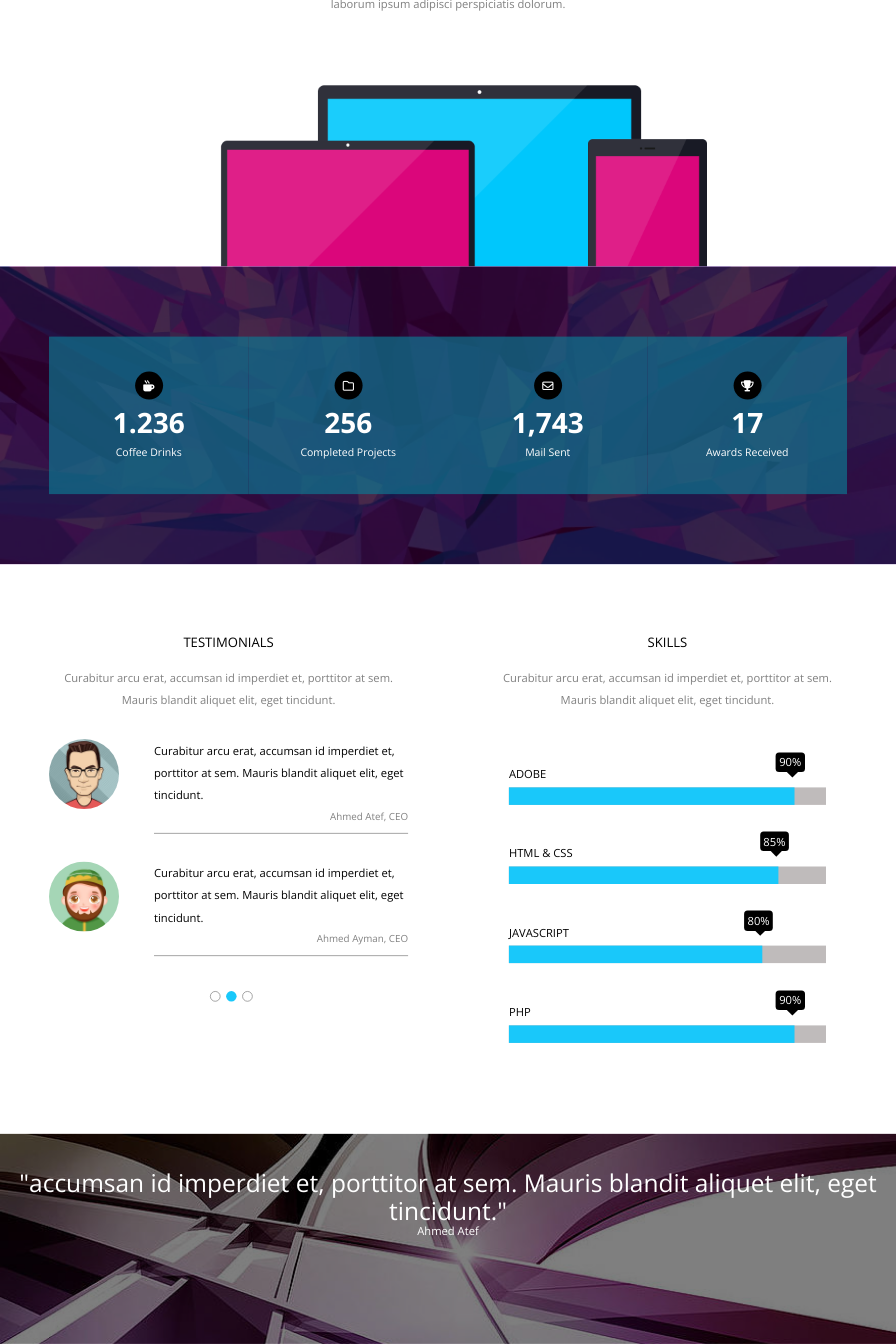
Repository: Ahmed123rezk123/Template_2
Page: index.html
An editor plug-in stored every save of this project. The page is shown before and after a run of saves, followed by the edit.
The browser window is 1280 px wide. The pictures show the part of the page from y = 4247 to 6167 px (the page is 6167 px tall), at 70% of full size.
A picture or video elsewhere on the page could not be fetched, so the positions and the page height are approximate. Some web fonts or font styles are not loaded; a fallback is used.

Above is the page before, as saved 2024-04-15 19:29:21.

After the next 2 saves:
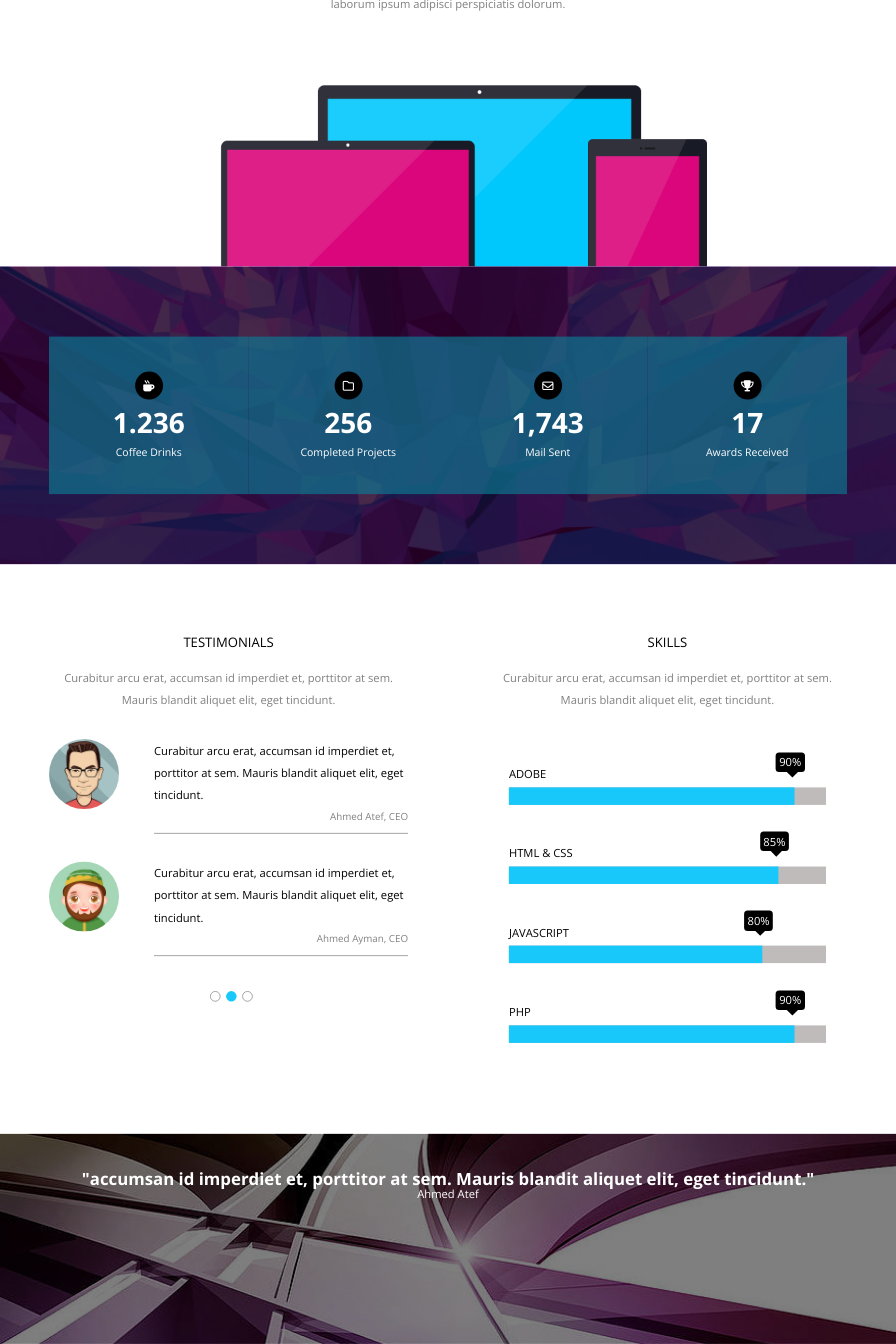
The 2 saves are shown as one change because they came seconds apart.
The last was saved 14 s later.
--- a/index.html
+++ b/index.html
@@ -327,7 +327,7 @@
   <div class="quote">
     <div class="container">
       <div class="content">
-        <p>"accumsan id imperdiet et, porttitor at sem. Mauris blandit aliquet elit, eget tincidunt."</p>
+        <h2>"accumsan id imperdiet et, porttitor at sem. Mauris blandit aliquet elit, eget tincidunt."</h2>
         <span>Ahmed Atef</span>
       </div>
     </div>
